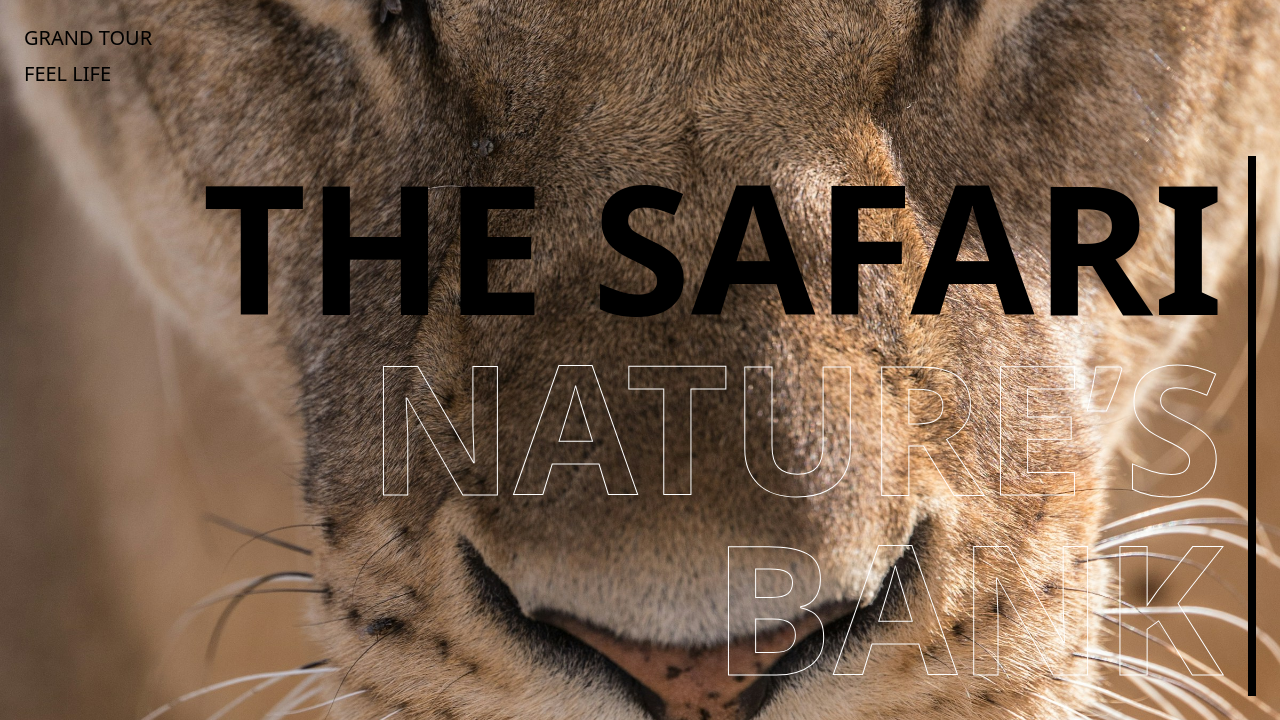
Repository: mikol-ux/Safari
Page: /
These files come from the project's save history. The page is drawn as it stood at one moment and after the next save; the edit follows.
The browser window is 1280 px wide. The pictures show the whole page.
The project was rebuilt for these pictures with package versions that can differ from the ones it lists, and the page was loaded fresh each time. The framework's server and built-in components were replaced by stand-ins that run in the browser. Also part of the build but not shown: next.config.ts.

Above is the page before, as saved 2025-05-29 02:47:39.

### app/layout.tsx
import type { Metadata } from "next";
import { Geist, Geist_Mono } from "next/font/google";
import "./globals.css";

const geistSans = Geist({
	variable: "--font-geist-sans",
	subsets: ["latin"],
});

const geistMono = Geist_Mono({
	variable: "--font-geist-mono",
	subsets: ["latin"],
});

export const metadata: Metadata = {
	title: "Create Next App",
	description: "Generated by create next app",
};

export default function RootLayout({
	children,
}: Readonly<{
	children: React.ReactNode;
}>) {
	return (
		<html lang="en">
			<body className="">{children}</body>
		</html>
	);
}

### app/page.tsx
"use client";
import React, { useEffect } from "react";
import gsap from "gsap";

export default function Home() {
	useEffect(() => {
		gsap.set([".introline", ".bigline"], { x: "101%" });

		const tl = gsap.timeline();
		tl.to(".bigline", { duration: 1, x: "0%" })
			.to(".introline", { duration: 1, x: "0%" }, "+=0.3")
			.to(".bigline", { y: "100%" })
			.to(".introline", { y: "-100%" })
			.to(".introline", {
				y: "0%",
				onStart: () => {
					document
						.querySelector(".bigline")
						?.classList.add("text-outline-white");
				},
			})
			.to(".bigline", {
				y: "0%",
				onStart: () => {
					document
						.querySelector(".bigline")
						?.classList.add("text-outline-white");
				},
			});
	}, []);
	return (
		<section className="h-screen bg-[url('/safari.jpg')] bg-cover bg-no-repeat bg-center text-black">
			<div className="h-full w-full flex flex-col justify-between p-6">
				<div className="text-left space-y-2">
					<p className="text-xl uppercase">grand tour</p>
					<p className="text-xl uppercase">feel life</p>
				</div>
				<div className="text-right font-bold leading-none border-r-8 border-black overflow-hidden pr-[2%]">
					<p className="introline text-[69px] min-[480px]:text-[90px] sm:text-[120px] lg:text-[150px] xl:text-[180px] 3xl:text-[215px]">
						THE SAFARI
					</p>
					<p className="bigline text-[69px] min-[480px]:text-[90px] sm:text-[120px] lg:text-[150px] xl:text-[180px] 3xl:text-[215px]">
						NATURE’S BANK
					</p>
				</div>
			</div>
		</section>
	);
}

### app/globals.css
@import "tailwindcss";

@theme {
	/* Base Colors */
	--black: #000000;
	--white: #ffffff;
	--muted-blue: #6c8ea3;
	--pitch-dark-blue: #202a30;
	--sky-blue: #bee8ff;
	--deep-blue: #438db5;

	/* Muted Text Colors */
	--muted-text: #999999;
	--muted-text-2: #cccccc;
	--muted-text-3: #595959;
	--muted-text-4: #333333;
	--muted-text-5: #b3b3b3;
	--muted-text-6: #a6a6a6;
	--muted-text-7: #1a1a1a;
	--muted-text-8: #808080;
	--muted-text-9: #262626;
	--muted-text-10: #c6c6c6;
	--muted-text-11: #bfbfbf;
	--muted-text-12: #292929;
	--muted-text-13: #010e0c;

	/* Break Points */
	--breakpoint-3xl: 120rem;
	--breakpoint-4xl: 128rem;
	--breakpoint-5xl: 160rem;
	--breakpoint-6xl: 240rem;

	/* Font */
	--font-General-Sans: "General Sans", sans-serif;

	/* Mapped Colors */
	--color-black: var(--black);
	--color-white: var(--white);
	--color-muted-blue: var(--muted-blue);
	--color-pitch-dark-blue: var(--pitch-dark-blue);
	--color-sky-blue: var(--sky-blue);
	--color-deep-blue: var(--deep-blue);

	/* Mapped Muted Colors */
	--color-muted: var(--muted-text);
	--color-muted-2: var(--muted-text-2);
	--color-muted-3: var(--muted-text-3);
	--color-muted-4: var(--muted-text-4);
	--color-muted-5: var(--muted-text-5);
	--color-muted-6: var(--muted-text-6);
	--color-muted-7: var(--muted-text-7);
	--color-muted-8: var(--muted-text-8);
	--color-muted-9: var(--muted-text-9);
	--color-muted-10: var(--muted-text-10);
	--color-muted-11: var(--muted-text-11);
	--color-muted-12: var(--muted-text-12);
	--color-muted-13: var(--muted-text-13);
}

/* for button border gradient */
@utility mask-content-box {
	-webkit-mask: linear-gradient(#fff 0 0) content-box, linear-gradient(#fff 0 0);
	mask: linear-gradient(#fff 0 0) content-box, linear-gradient(#fff 0 0);
	-webkit-mask-composite: destination-out;
	mask-composite: exclude;
}

@utility bg-gradient-dir {
	content: var(--tw-content);
	--tw-gradient-position: var(--tw-gradient-direction, to right) in oklab;
	background-image: linear-gradient(var(--tw-gradient-stops));
}
@layer {
	.text-outline-white {
		color: transparent;
		-webkit-text-stroke: 1px white;
	}
}

/* For Animated Text */
.tpk-text-clip div {
	clip-path: polygon(0 0, 100% 0, 100% 100%, 0% 100%);
}

.tpk-override-clip div {
	clip-path: none !important;
}

/* Page Transition */
::view-transition-old(root),
::view-transition-new(root) {
	animation: none !important;
}

::view-transition-group(root) {
	z-index: auto !important;
}

::view-transition-image-pair(root) {
	isolation: isolate;
	will-change: transform, opacity, clip-path;
	z-index: 1;
}

::view-transition-new(root) {
	z-index: 10000;
	animation: none !important;
}

::view-transition-old(root) {
	z-index: 1;
	animation: none !important;
}

.client-overflow-scroll::-webkit-scrollbar-track,
.client-overflow-scroll::-webkit-scrollbar {
	@apply hidden;
}

input:-webkit-autofill,
input:-webkit-autofill:hover,
input:-webkit-autofill:focus,
input:-webkit-autofill:active {
	-webkit-box-shadow: 0 0 0 1000px transparent inset !important;
	box-shadow: 0 0 0 1000px transparent inset !important;
	-webkit-text-fill-color: inherit !important;
	color: white !important;
	transition: background-color 9999s ease-in-out 0s !important;
	background-color: transparent !important;
}

After the next save:
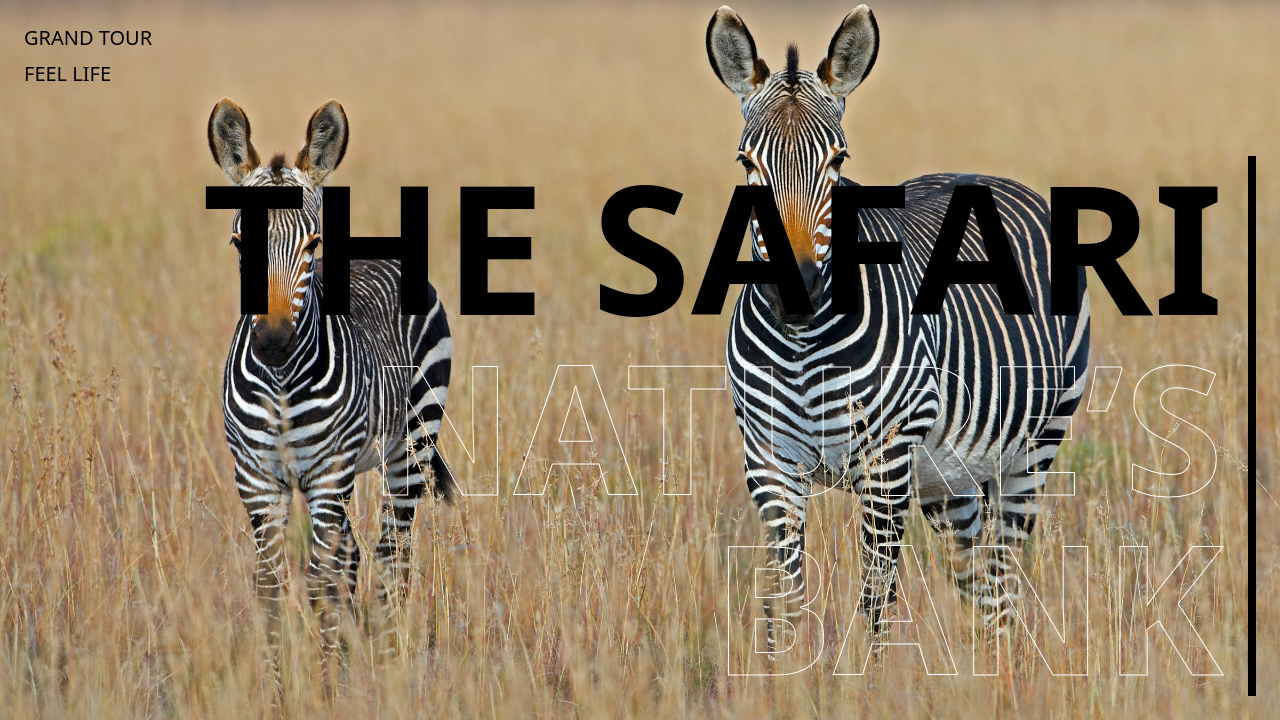
Saved 6 min 16 s later.
--- a/app/page.tsx
+++ b/app/page.tsx
@@ -29,7 +29,7 @@ export default function Home() {
 			});
 	}, []);
 	return (
-		<section className="h-screen bg-[url('/safari.jpg')] bg-cover bg-no-repeat bg-center text-black">
+		<section className="h-screen bg-[url('/zebra.jpg')] bg-cover bg-no-repeat bg-center text-black">
 			<div className="h-full w-full flex flex-col justify-between p-6">
 				<div className="text-left space-y-2">
 					<p className="text-xl uppercase">grand tour</p>
